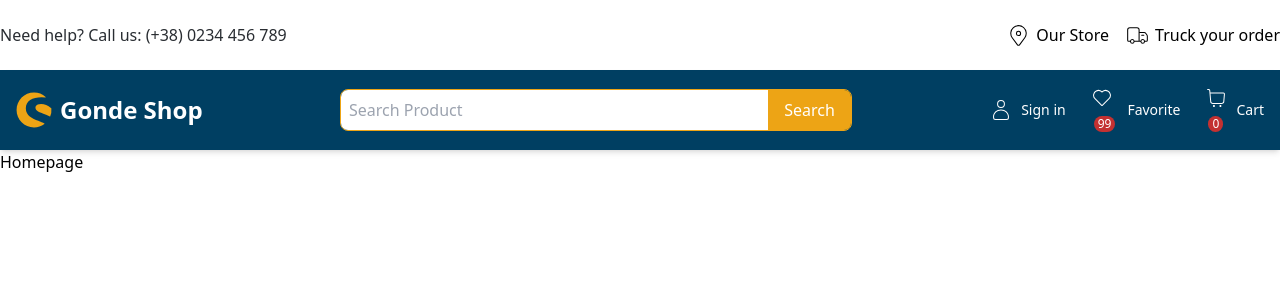
Repository: gonde-974/electonshop
Page: / (app in electonshop/)
The author's editor kept a copy of each file at every save. The page is drawn from the files as they stood at one save, then again after the next save.
The browser window is 1280 px wide. The pictures show the whole page.
The project was rebuilt for these pictures with package versions that can differ from the ones it lists, and the page was loaded fresh each time. Also part of the build but not shown: electonshop/vite.config.js, electonshop/src/pages/ProductPage.jsx, electonshop/src/pages/SingleProductPage.jsx, electonshop/src/pages/CartPage.jsx, electonshop/src/pages/ErrorPage.jsx.

Above is the page before, as saved 2025-03-20 06:44:46.

After the next save:
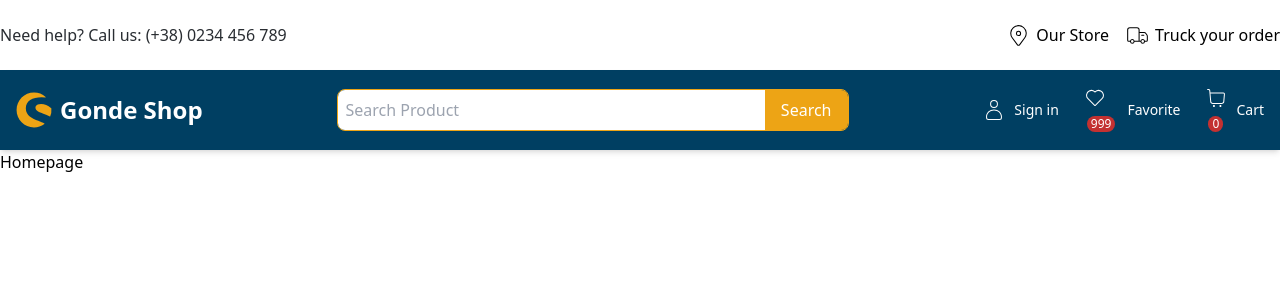
Saved 16 s later.
--- a/electonshop/src/components/NavBarComponent.jsx
+++ b/electonshop/src/components/NavBarComponent.jsx
@@ -32,7 +32,7 @@
   <li className="nav-item relative">
     <div className="relative">
       <CiHeart size={24} />
-      <span className="nav-counter">99</span>
+      <span className="nav-counter">999</span>
     </div>
     <NavLink to="/" className="nav-link">Favorite</NavLink>
   </li>
